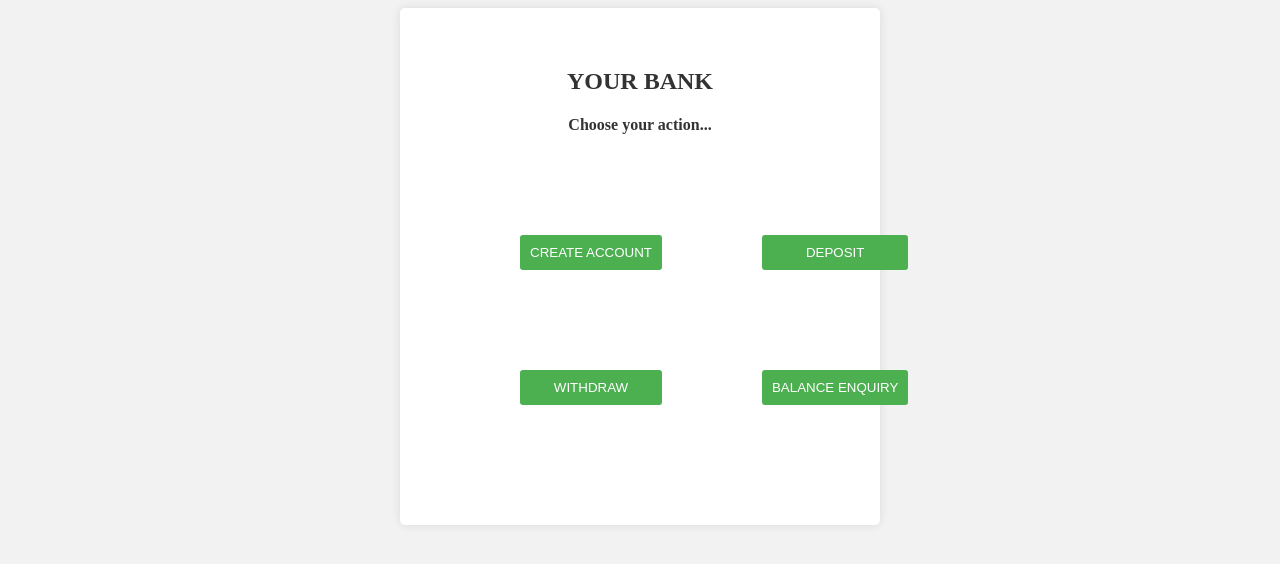
Repository: mansistic-0n3/Java_IGT
Page: Java Project/BankJSP/src/main/webapp/Home.html
The author's editor kept a copy of each file at every save. The page is drawn from the files as they stood at one save, then again after the next save.
The browser window is 1280 px wide. The pictures show the whole page.

Above is the page before, as saved 2023-06-29 08:12:13.

### Java Project/BankJSP/src/main/webapp/Home.html
<!DOCTYPE html>
<html>
<head>
  <title>BANK</title>
</head>
<body style="background-color: #f2f2f2; text-align:center;">
<div style="max-width: 400px; margin: 0 auto; padding: 40px; background-color: #ffffff; border-radius: 5px; box-shadow: 0 0 10px rgba(0, 0, 0, 0.1);">
 <h2 style="text-align: center; color: #333333;">YOUR BANK</h2>
 <h4 style="text-align: center; color: #333333;">Choose your action...</h4>
  <div style="display: grid; grid-template-columns: repeat(2, 1fr); gap: 20px; max-width: 400px; margin: 0 auto; padding: 40px;">
   <form action="create.html"> <div style="text-align: center;padding:40px;">
      <input type="submit" value = "CREATE ACCOUNT" style="width: 100%; padding: 10px; border-radius: 3px; border: none; background-color: #4CAF50; color: #ffffff; cursor: pointer;">
    </div></form>
   <form action="Deposit.html"> <div style="text-align: center;padding:40px;">
      <input type="submit" value = "DEPOSIT" style="width: 100%; padding: 10px; border-radius: 3px; border: none; background-color: #4CAF50; color: #ffffff; cursor: pointer;">
    </div></form>
    <form action="Withdraw.html"> <div style="text-align: center; padding:40px;">
      <input type="submit" value = "WITHDRAW" style="width: 100%; padding: 10px; border-radius: 3px; border: none; background-color: #4CAF50; color: #ffffff; cursor: pointer;">
    </div></form>
     <form action="Bal.html"> <div style="text-align: center;padding:40px;">
      <input type="submit" value = "BALANCE ENQUIRY" style="width: 100%; padding: 10px; border-radius: 3px; border: none; background-color: #4CAF50; color: #ffffff; cursor: pointer;">
    </div></form>
  </div></div>
</body>
</html>

After the next save:
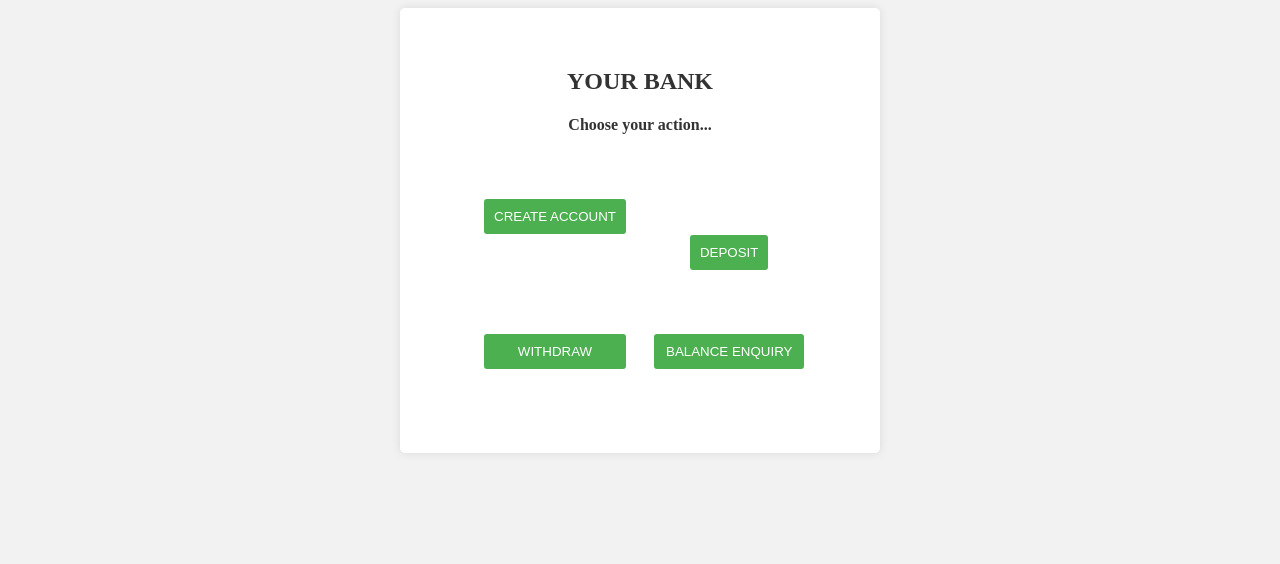
Saved 14 min 49 s later.
--- a/Java Project/BankJSP/src/main/webapp/Home.html
+++ b/Java Project/BankJSP/src/main/webapp/Home.html
@@ -8,16 +8,16 @@
  <h2 style="text-align: center; color: #333333;">YOUR BANK</h2>
  <h4 style="text-align: center; color: #333333;">Choose your action...</h4>
   <div style="display: grid; grid-template-columns: repeat(2, 1fr); gap: 20px; max-width: 400px; margin: 0 auto; padding: 40px;">
-   <form action="create.html"> <div style="text-align: center;padding:40px;">
+   <form action="create.html"> <div style="text-align: center;padding:4px;">
       <input type="submit" value = "CREATE ACCOUNT" style="width: 100%; padding: 10px; border-radius: 3px; border: none; background-color: #4CAF50; color: #ffffff; cursor: pointer;">
     </div></form>
    <form action="Deposit.html"> <div style="text-align: center;padding:40px;">
       <input type="submit" value = "DEPOSIT" style="width: 100%; padding: 10px; border-radius: 3px; border: none; background-color: #4CAF50; color: #ffffff; cursor: pointer;">
     </div></form>
-    <form action="Withdraw.html"> <div style="text-align: center; padding:40px;">
+    <form action="Withdraw.html"> <div style="text-align: center; padding:4px;">
       <input type="submit" value = "WITHDRAW" style="width: 100%; padding: 10px; border-radius: 3px; border: none; background-color: #4CAF50; color: #ffffff; cursor: pointer;">
     </div></form>
-     <form action="Bal.html"> <div style="text-align: center;padding:40px;">
+     <form action="Bal.html"> <div style="text-align: center;padding:4px;">
       <input type="submit" value = "BALANCE ENQUIRY" style="width: 100%; padding: 10px; border-radius: 3px; border: none; background-color: #4CAF50; color: #ffffff; cursor: pointer;">
     </div></form>
   </div></div>
